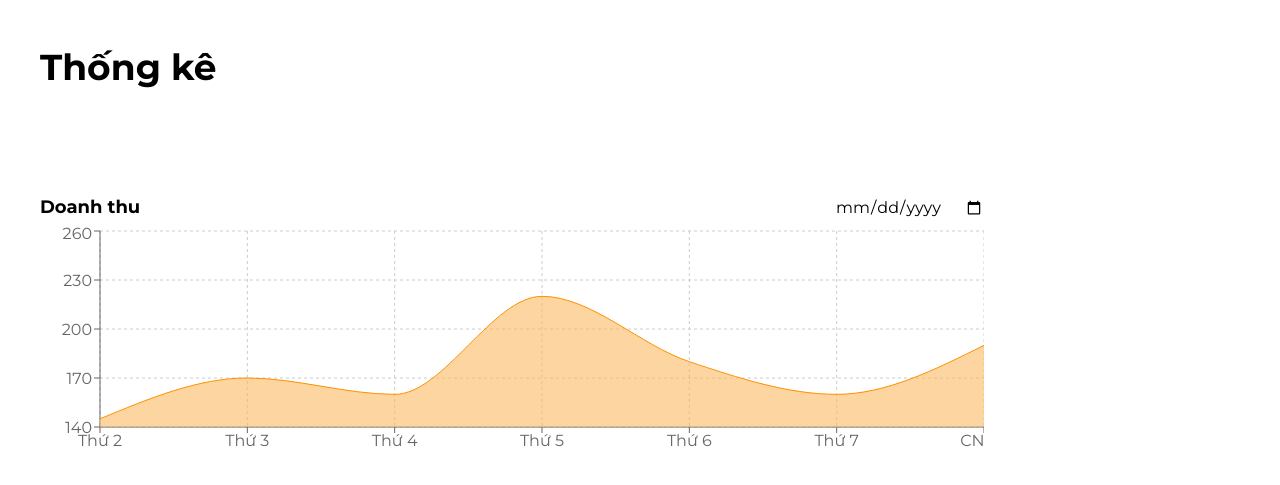
Repository: iphoneboy46/AltaMediaCMS
Page: /
The author's editor kept a copy of each file at every save. The page is drawn from the files as they stood at one save, then again after the next save.
The browser window is 1280 px wide. The pictures show the whole page.
Some web libraries are served in a nearby version. The project was rebuilt for these pictures with package versions that can differ from the ones it lists, and the page was loaded fresh each time.

Above is the page before, as saved 2023-03-26 22:29:24.

After the next save:
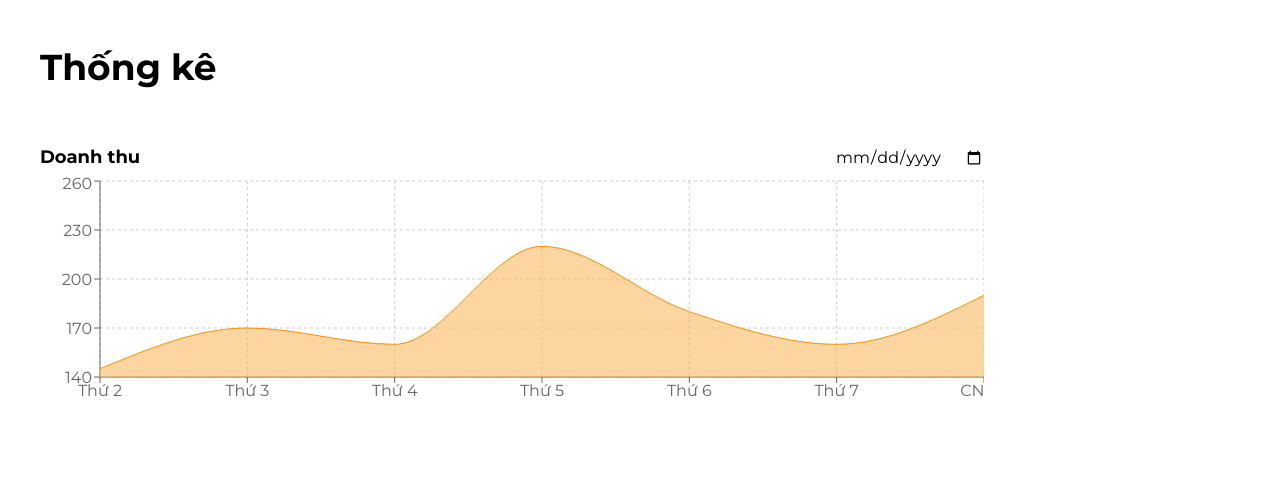
Saved 8 s later.
--- a/src/components/Home/Home.tsx
+++ b/src/components/Home/Home.tsx
@@ -7,7 +7,7 @@
         <div className="">
             <h1 className="text-[black] text-[36px] font-[700]">Thống kê</h1>
         </div>
-        <div className="flex items-center justify-between mt-[100px]">
+        <div className="flex items-center justify-between mt-[50px]">
            <div> <h2 className="text-[black] text-[18px] font-[600]">Doanh thu</h2></div>
            <div>
              <input className="" type="date" value="" />

After the save that followed:
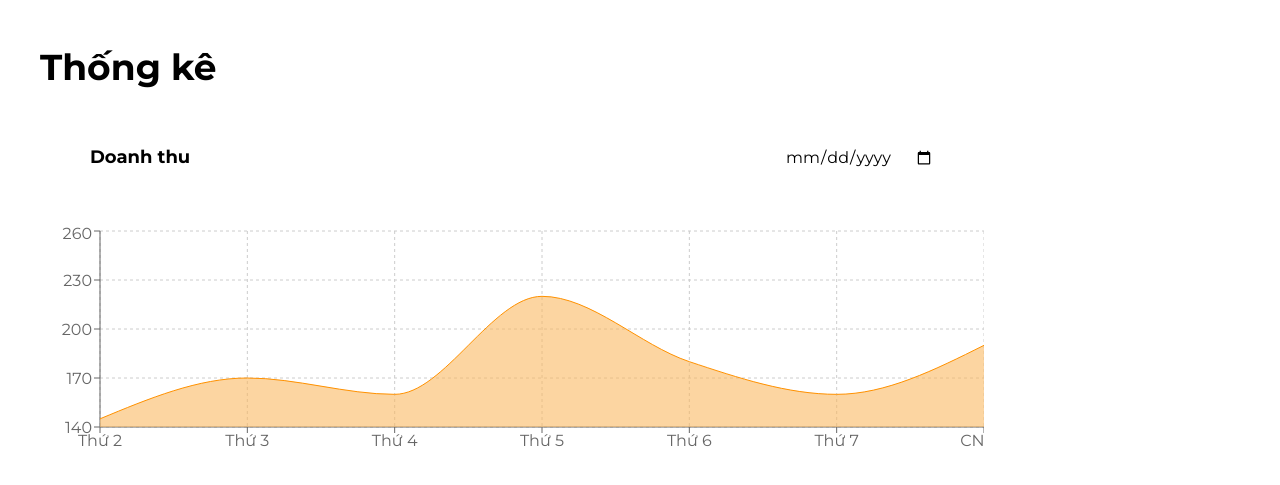
Saved 71 s later.
--- a/src/components/Home/Home.tsx
+++ b/src/components/Home/Home.tsx
@@ -7,7 +7,7 @@
         <div className="">
             <h1 className="text-[black] text-[36px] font-[700]">Thống kê</h1>
         </div>
-        <div className="flex items-center justify-between mt-[50px]">
+        <div className="flex items-center justify-between m-[50px]">
            <div> <h2 className="text-[black] text-[18px] font-[600]">Doanh thu</h2></div>
            <div>
              <input className="" type="date" value="" />
